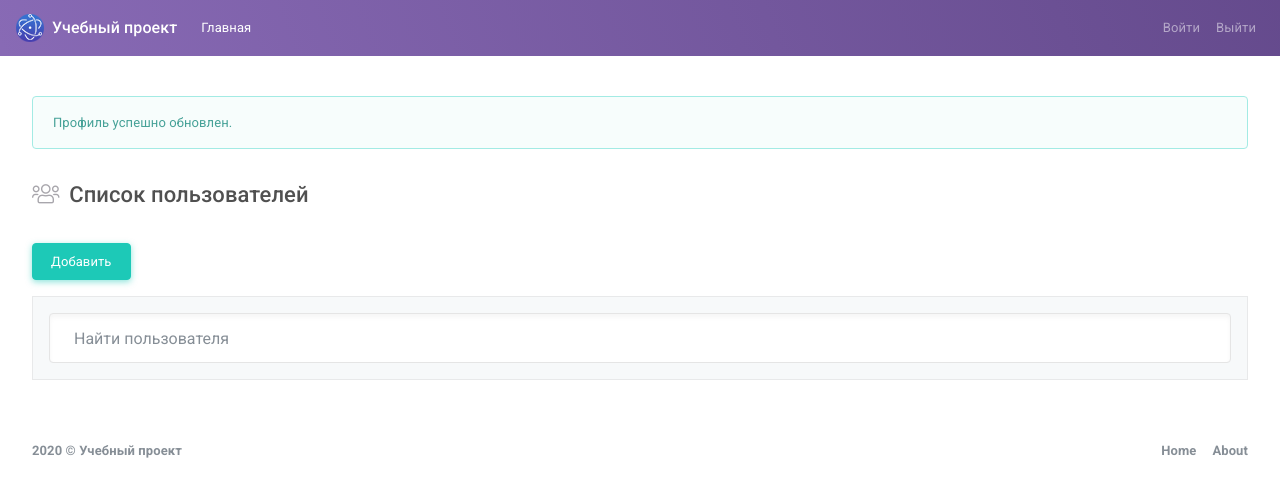
Repository: saberzhan19/diving
Page: http://localhost/users.php
These files come from the project's save history. The page is drawn as it stood at one moment and after the next save; the edit follows.
The browser window is 1280 px wide. The pictures show the whole page.
The page is run by PHP 8.4 with error messages shown; the project is at /var/www/html/. Queries for data that is not in the repository find no rows.

Above is the page before, as saved 2022-02-28 05:30:31.
Console error: TypeError: Cannot read properties of undefined (reading 'match')

After the next save:
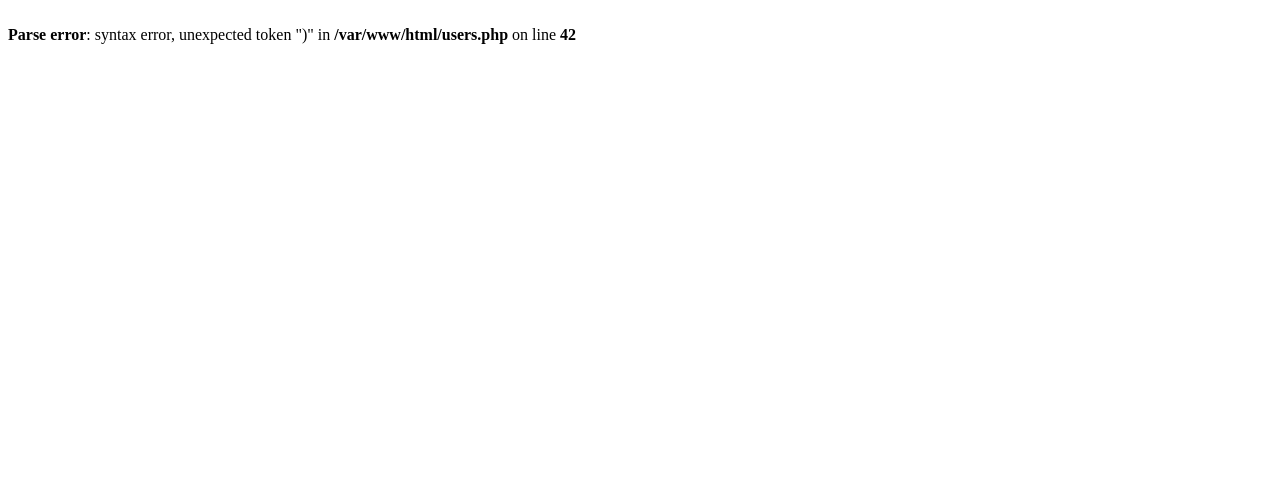
The error is gone.
Saved 9 s later.
--- a/users.php
+++ b/users.php
@@ -39,7 +39,7 @@
 
         <main id="js-page-content" role="main" class="page-content mt-3">
 
-
+            <?php if()
             <div class="alert alert-success">
                 Профиль успешно обновлен.
             </div>
